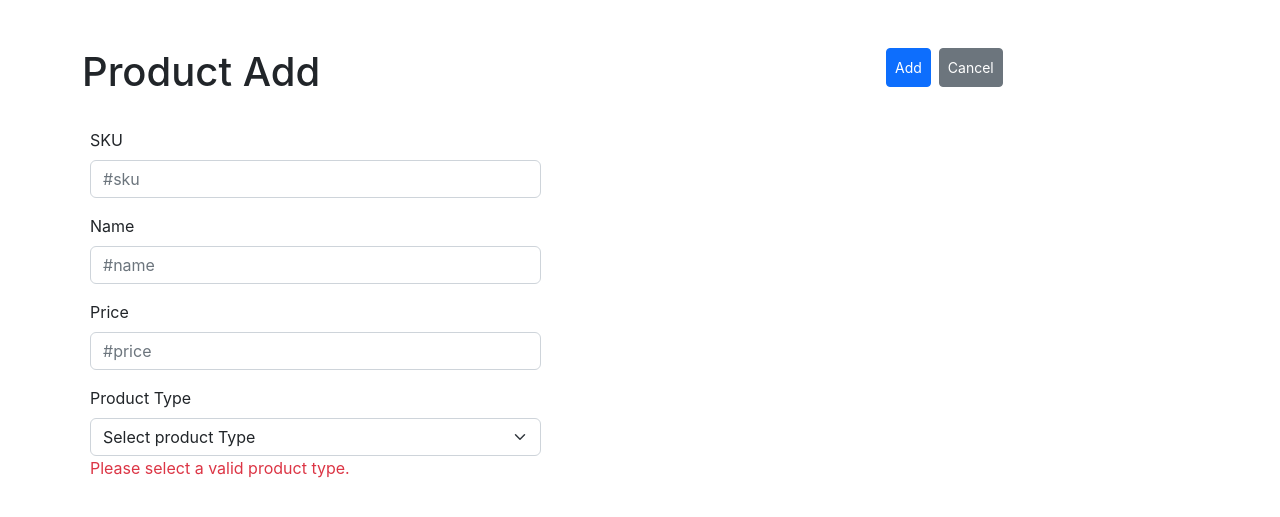
Repository: MagdyAbouelnasr/scandiweb_project
Page: /addproduct
These files come from the project's save history. The page is drawn as it stood at one moment and after the next save; the edit follows.
The browser window is 1280 px wide. The pictures show the whole page.
The project was rebuilt for these pictures with package versions that can differ from the ones it lists, and the page was loaded fresh each time. Also part of the build but not shown: src/App.css, src/components/Product/Product-style.scss, src/components/Product/Product.css, src/components/Pages/ProductList.jsx, src/components/ProductAdd/Book.component.jsx, src/components/ProductAdd/DVD.component.jsx, src/components/ProductAdd/Furniture.component.jsx, src/App.jsx.

Above is the page before, as saved 2023-05-09 01:33:31.

### public/index.html
<!DOCTYPE html>
<html lang="en">
  <head>
    <meta charset="utf-8" />
    <link rel="icon" href="%PUBLIC_URL%/favicon.ico" />
    <meta name="viewport" content="width=device-width, initial-scale=1" />
    <meta name="theme-color" content="#000000" />
    <meta
      name="description"
      content="Web site created using create-react-app"
    />
    <link rel="apple-touch-icon" href="%PUBLIC_URL%/logo192.png" />
    <!--
      manifest.json provides metadata used when your web app is installed on a
      user's mobile device or desktop. See https://developers.google.com/web/fundamentals/web-app-manifest/
    -->
    <link rel="manifest" href="%PUBLIC_URL%/manifest.json" />
    <!--
      Notice the use of %PUBLIC_URL% in the tags above.
      It will be replaced with the URL of the `public` folder during the build.
      Only files inside the `public` folder can be referenced from the HTML.

      Unlike "/favicon.ico" or "favicon.ico", "%PUBLIC_URL%/favicon.ico" will
      work correctly both with client-side routing and a non-root public URL.
      Learn how to configure a non-root public URL by running `npm run build`.
    -->
    <title>React App</title>
    <link
  rel="stylesheet"
  href="https://cdn.jsdelivr.net/npm/bootstrap@5.2.3/dist/css/bootstrap.min.css"
  integrity="sha384-rbsA2VBKQhggwzxH7pPCaAqO46MgnOM80zW1RWuH61DGLwZJEdK2Kadq2F9CUG65"
  crossorigin="anonymous"
/>
  </head>
  <body>
    <noscript>You need to enable JavaScript to run this app.</noscript>
    <div id="root"></div>
    <!--
      This HTML file is a template.
      If you open it directly in the browser, you will see an empty page.

      You can add webfonts, meta tags, or analytics to this file.
      The build step will place the bundled scripts into the <body> tag.

      To begin the development, run `npm start` or `yarn start`.
      To create a production bundle, use `npm run build` or `yarn build`.
    -->
  </body>
</html>

### src/index.js
import React from 'react';
import ReactDOM from 'react-dom/client';
import './index.scss';
import App from './App';
import {
  createBrowserRouter,
  RouterProvider,

} from "react-router-dom";
import ProductAdd from './components/Pages/ProductAdd';


const router = createBrowserRouter([
  {
    path: "/",
    element: <App />,
  },
  {
    path: "addproduct",
    element: <ProductAdd />,
  },
]);

const root = ReactDOM.createRoot(document.getElementById('root'));
root.render(
  <RouterProvider router={router} />
);

### src/index.scss
$background-default: #D5D5D5;


body {
  margin: 0;
  font-family: -apple-system, BlinkMacSystemFont, 'Segoe UI', 'Roboto', 'Oxygen',
    'Ubuntu', 'Cantarell', 'Fira Sans', 'Droid Sans', 'Helvetica Neue',
    sans-serif;
  -webkit-font-smoothing: antialiased;
  -moz-osx-font-smoothing: grayscale;
}

code {
  font-family: source-code-pro, Menlo, Monaco, Consolas, 'Courier New',
    monospace;
}

.fade-in {
  opacity: 0;
  transition: opacity 0.3s ease-in-out;
  &.fade-in-active {
    opacity: 1;
  }
}

### src/components/Pages/ProductAdd.jsx
// import { useNavigate } from 'react-router-dom';
// import { useState } from 'react';
// import Form from 'react-bootstrap/Form';
// import SelectProductType from '../ProductAdd/Selectcmp';
// import Button from 'react-bootstrap/Button';
// import axios from 'axios';

// function ProductAdd() {
//   const navigate = useNavigate();

//   const  [inputs , setInputs] = useState({});

//   const handleChange = (e) => {
//     const name = e.target.name;
//     const value = e.target.value;
//     setInputs(values => ({values, [name]: value}))
//   }
//   const handleSubmit = (e) => {
//     e.preventDefault();
//     axios.post('http://localhost:8000/addproduct', inputs).then((response)=>{
//       console.log(response.data);
//       navigate('/');
//     });

//     // console.log(inputs)
//   }



//   return (
//     <Form id="product_form" onSubmit={handleSubmit}>
//     <div className="container mt-5">
//       <div className="row">
//       <h1 className="page-header text-header col-md-8 text-start ">Product Add</h1>
//       <div className='col-4 float-end'>
//         <Button  type="submit" className='p-2 ms-2' variant="primary" size="sm">
//           Add
//         </Button>
//         <Button onClick={()=> navigate(-1)}  className='p-2 ms-2' variant="secondary" size="sm">
//           Cancel
//         </Button>
//       </div>
//       </div>
//     <br/>
//     <div className="row">

//     <div className="col-md-5 mx-2">
//       <Form.Group className="mb-3 mx-left" id="productInputSKU">
//         <Form.Label>SKU</Form.Label>
//         <Form.Control type="text" name="sku" placeholder="#sku" onChange={handleChange} />
//       </Form.Group>
//       <Form.Group className="mb-3" id="productInputName">
//         <Form.Label>Name</Form.Label>
//         <Form.Control type="text" name="name" placeholder="#name" onChange={handleChange} />
//       </Form.Group>
//       <Form.Group className="mb-3" id="productInputPrice">
//         <Form.Label>Price</Form.Label>
//         <Form.Control type="number" name="price" placeholder="#price" onChange={handleChange} />
//       </Form.Group>
//       <Form.Group className="mb-3" id="ProductType">
//       <Form.Label>Product Type</Form.Label>
//         <SelectProductType/>
//       </Form.Group>
//     </div>
//     </div>
//     </div>
//     </Form>
//   );
// }

// export default ProductAdd;
import { useNavigate } from 'react-router-dom';
import { useState } from 'react';
import Form from 'react-bootstrap/Form';
import SelectProductType from '../ProductAdd/Selectcmp';
import Button from 'react-bootstrap/Button';
import axios from 'axios';

function ProductAdd() {
  const navigate = useNavigate();

  const [inputs, setInputs] = useState({});
  const [errors, setErrors] = useState({});

  const handleChange = (e) => {
    console.log(e.target.value);
    console.log(e.target.name);
    const name = e.target.name;
    const value = e.target.value;

    setInputs((values) => ({ ...values, [name]: value }));
    validate()
    };

    // const handleRecievedData = (e) =>{
    //   const name = e.target.name;
    //   const value = e.target.value;
    //   setInputs((values) => ({ ...values, [name]: value }));
    //   console.log(e.name, e.value);
    // }

  // Form validation function
  const validate = () => {
    let newErrors = {};
    if (!inputs.sku) newErrors.sku = 'SKU is required';
    if (inputs.sku && inputs.sku.length > 9) newErrors.sku = 'SKU must be at most 9 characters';
    if (!inputs.name) newErrors.name = 'Name is required';
    if (inputs.price === undefined || inputs.price === '') newErrors.price = 'Price is required';
    if (inputs.price < 0) newErrors.price = 'Price cannot be negative';
    if (!inputs.product_attribute_value) newErrors.ProductType = 'please select a ProductType and provide a value';
    setErrors(newErrors);
    return Object.keys(newErrors).length === 0;
  };

  const handleSubmit = (e) => {
    e.preventDefault();
    if (validate()) {
      axios.post('http://localhost:8000/addproduct', inputs).then((response) => {
        console.log(response.data);
        navigate('/');
      });
    }
  };

  return (
    <Form id="product_form" onSubmit={handleSubmit}>
      <div className="container  mt-5">
        <div className="row">
          <h1 className="page-header text-header col-md-8 text-start">Product Add</h1>
          <div className="col-4 ps-5 ms-0">
            <Button type="submit" className="p-2 ms-2" variant="primary" size="sm">
              Add
            </Button>
            <Button
              onClick={() => navigate(-1)}
              className="p-2 ms-2"
              variant="secondary"
              size="sm"
            >
              Cancel
            </Button>
          </div>
        </div>
        <br />
        <div className="row">
          <div className="col-md-5 mx-2">
            <Form.Group className="mb-3 mx-left" id="productInputSKU">
              <Form.Label>SKU</Form.Label>
              <Form.Control
                type="text"
                name="sku"
                maxLength="9"
                placeholder="#sku"
                onChange={handleChange}
                required
              />
              {errors.sku && <Form.Text className="text-danger">{errors.sku}</Form.Text>}
            </Form.Group>
            <Form.Group className="mb-3" id="productInputName">
              <Form.Label>Name</Form.Label>
              <Form.Control
                type="text"
                name="name"
                placeholder="#name"
                onChange={handleChange}
                required
              />
              {errors.name && <Form.Text className="text-danger">{errors.name}</Form.Text>}
            </Form.Group>
            <Form.Group className="mb-3" id="productInputPrice">
              <Form.Label>Price</Form.Label>
              <Form.Control
                type="number"
                name="price"
                step="0.01"
                min="0"
                placeholder="#price"
                onChange={handleChange}
                required
              />
              {errors.price && <Form.Text className="text-danger">{errors.price}</Form.Text>}
            </Form.Group>
            <Form.Group className="mb-3" id="ProductType">
              <Form.Label>Product Type</Form.Label>
              <SelectProductType onChange={handleChange}
                required
                name="ProductType"/>
              {errors.ProductType && <Form.Text className="text-danger">{errors.ProductType}</Form.Text>}

            </Form.Group >
          </div>
        </div>
      </div>
    </Form>
  );
}

export default ProductAdd;

### src/components/ProductAdd/Selectcmp.jsx
import React, { useState, useEffect } from "react";
import Form from "react-bootstrap/Form";
import BookComponent from "./Book.component";
import DVDComponent from "./DVD.component";
import FurnitureComponent from "./Furniture.component";

const SelectProductType = (props) => {


  const [type, setType] = useState("selectProductType");
  const [DVDVisible, setDVDVisibility] = useState(false);
  const [bookVisible, setBookVisibility] = useState(false);
  const [FurnitureVisible, setFurnitureVisibility] = useState(false);
  const [isValid, setIsValid] = useState(false);

  const getData = (e) => {
    props.onChange(e);
  };

  useEffect(() => {
    if (["DVD", "Book", "Furniture"].includes(type)) {
      setIsValid(true);
    } else {
      setIsValid(false);
    }
    setDVDVisibility(type === "DVD");
    setBookVisibility(type === "Book");
    setFurnitureVisibility(type === "Furniture");
  }, [type]);

  const handleOnChange = (e) => {
    setType(e.target.value);
    props.onChange(e);
  };

  const [weightData, setWeightData] = useState({});

  const handleWeightChange = (data) => {
    // setWeightData(data);
    // console.log(weightData, 'weight data');
    getData(data);
  };

  return (
    <>
      <Form.Group className="mb-3" id="productInputName">
        <Form.Select
          aria-label="select product type"
          value={type}
          onChange={handleOnChange}
          required
          name="product_type"
        >
          <option value="selectProductType">Select product Type</option>
          <option value="DVD">DVD</option>
          <option value="Book">Book</option>
          <option value="Furniture">Furniture</option>
        </Form.Select>
        {!isValid && (
          <p className="text-danger">
            Please select a valid product type.
          </p>
        )}
        <div>
          {bookVisible && <BookComponent onWeightChange={handleWeightChange} onChange={getData}/>}
          {DVDVisible && <DVDComponent />}
          {FurnitureVisible && <FurnitureComponent />}
        </div>
      </Form.Group>
    </>
  );
};

export default SelectProductType;

### src/components/Product/Product.jsx
import './Product-style.scss';
import './Product.css';
import * as React from 'react';
import Box from '@mui/material/Box';
import Card from '@mui/material/Card';
import CardActions from '@mui/material/CardActions';
import CardContent from '@mui/material/CardContent';
import Typography from '@mui/material/Typography';
import IconButton from '@mui/material/IconButton';
import CropSquareIcon from '@mui/icons-material/CropSquare';
import { useState } from 'react';


const bull = (
  <Box
  component="span"
  sx={{ display: 'inline-block', mx: '2px', transform: 'scale(0.8)' }}
  >
    •
  </Box>
);


const ProductCard = ({ id, sku, name, price, product_attribute, typeValue, selectedProducts }) => {
  const selectedProduct = () => {
    selectedProducts(id)
   }
  return (
    <>
      <CardContent>
        <CardActions>
          <IconButton aria-label="select to delete" className="delete-checkbox" onClick={selectedProduct}>
            <CropSquareIcon />
          </IconButton>
        </CardActions>
        <Typography sx={{ fontSize: 14 }} color="text.secondary" gutterBottom>
          SKU: {sku}
        </Typography>
        {bull}
        <Typography wrap="true" sx={{}} variant="h5" component="div" >
          {name}
        </Typography>
        {bull}
        <Typography sx={{ mb: 1.5 }} color="text.secondary">
          Price: {price}$
        </Typography>
        {bull}
        <Typography variant="body2">
          {product_attribute}: {typeValue} {console.log(product_attribute)}
        </Typography>
      </CardContent>
    </>
  );
};

const Product = ({ product , selectedProducts}) => {

  const selectedProductsDelete = (data) => {
    selectedProducts(data);
  }
// console.log(selectedProducts);
  return (
    <Box sx={{m:2, minWidth: 270, maxWidth: 270 }}>
      <Card variant="outlined">
        <ProductCard selectedProducts={selectedProductsDelete} id={product.id} sku={product.sku} name={product.name} price={product.price} product_attribute={product.product_attribute} typeValue={product.product_attribute_value} />
      </Card>
    </Box>
  );
};

export default Product;

After the next save:
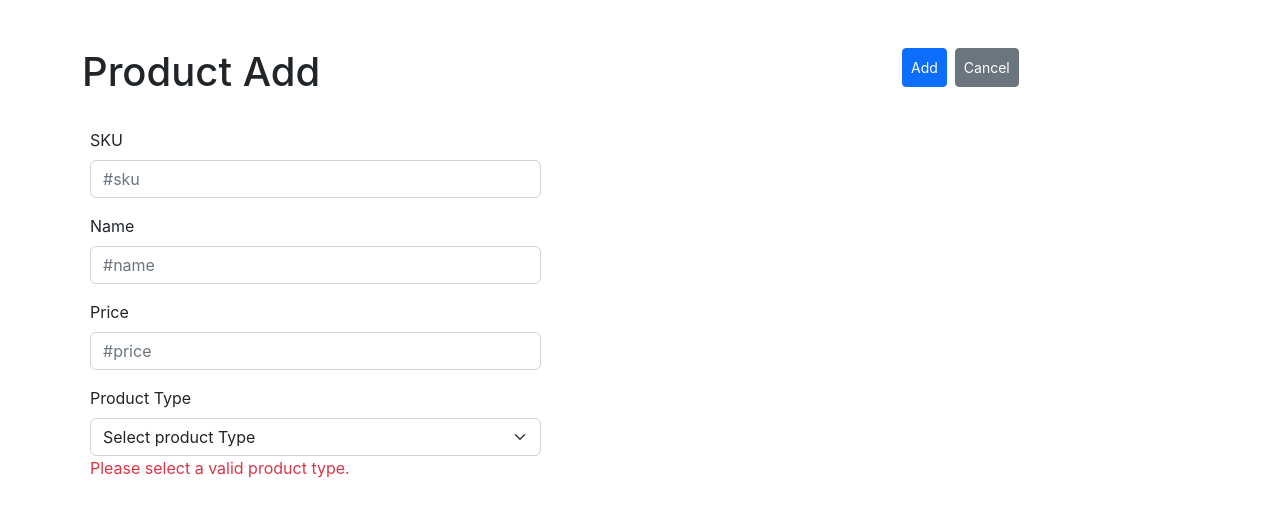
Saved 16 s later.
--- a/src/components/Pages/ProductAdd.jsx
+++ b/src/components/Pages/ProductAdd.jsx
@@ -128,7 +128,7 @@ function ProductAdd() {
         <div className="row">
           <h1 className="page-header text-header col-md-8 text-start">Product Add</h1>
           <div className="col-4 ps-5 ms-0">
-            <Button type="submit" className="p-2 ms-2" variant="primary" size="sm">
+            <Button type="submit" className="p-2 ms-4" variant="primary" size="sm">
               Add
             </Button>
             <Button
